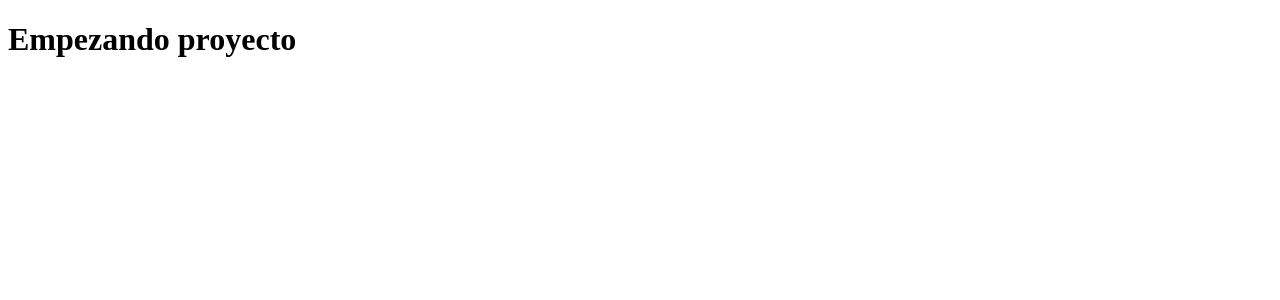
Repository: ElideZavala/Tarjetas-de-Imagenes
Page: index.html
An editor plug-in stored every save of this project. The page is shown before and after the next save, followed by the edit.
The browser window is 1280 px wide. The pictures show the whole page.

Above is the page before, as saved 2021-05-26 09:58:34.

### index.html
<!DOCTYPE html>
<html lang="es">
<head>
	<meta charset="UTF-8">
	<meta http-equiv="X-UA-Compatible" content="IE=edge">
	<meta name="viewport" content="width=device-width, initial-scale=1.0">
	<title>My projecto</title>
</head>
<body>
	<h1>Empezando proyecto</h1>

</body>
</html>

After the next save:
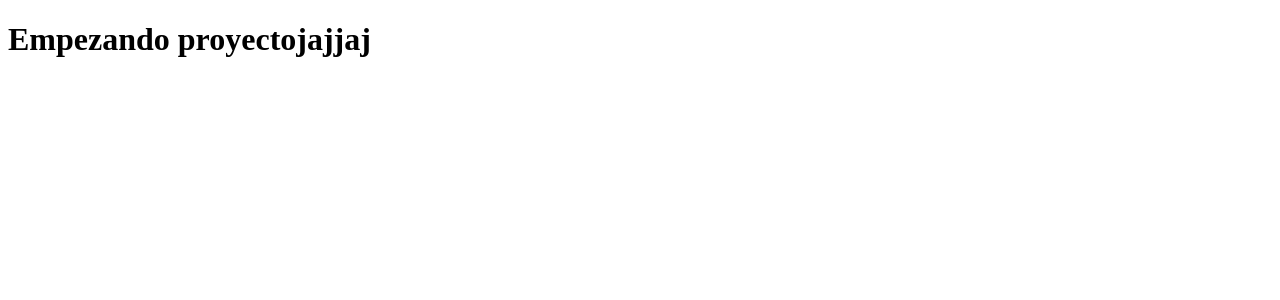
Saved 68 s later.
--- a/index.html
+++ b/index.html
@@ -7,7 +7,7 @@
 	<title>My projecto</title>
 </head>
 <body>
-	<h1>Empezando proyecto</h1>
+	<h1>Empezando proyectojajjaj</h1>
 
 </body>
 </html>

After the save that followed:
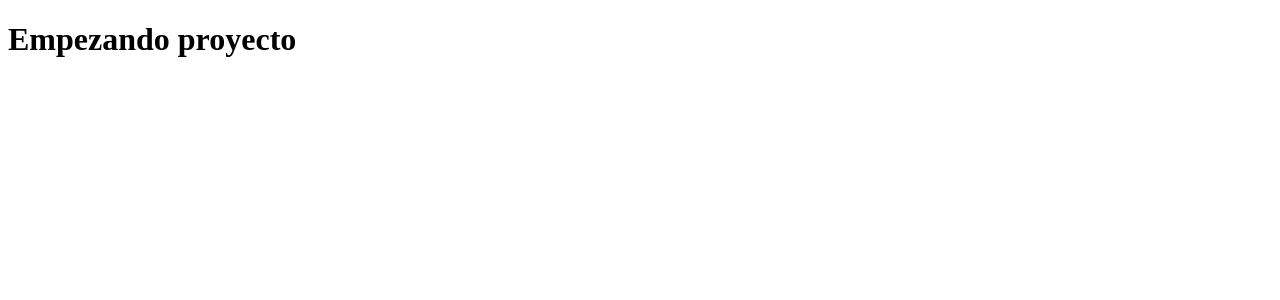
Saved 5 s later.
--- a/index.html
+++ b/index.html
@@ -7,7 +7,7 @@
 	<title>My projecto</title>
 </head>
 <body>
-	<h1>Empezando proyectojajjaj</h1>
+	<h1>Empezando proyecto</h1>
 
 </body>
 </html>
